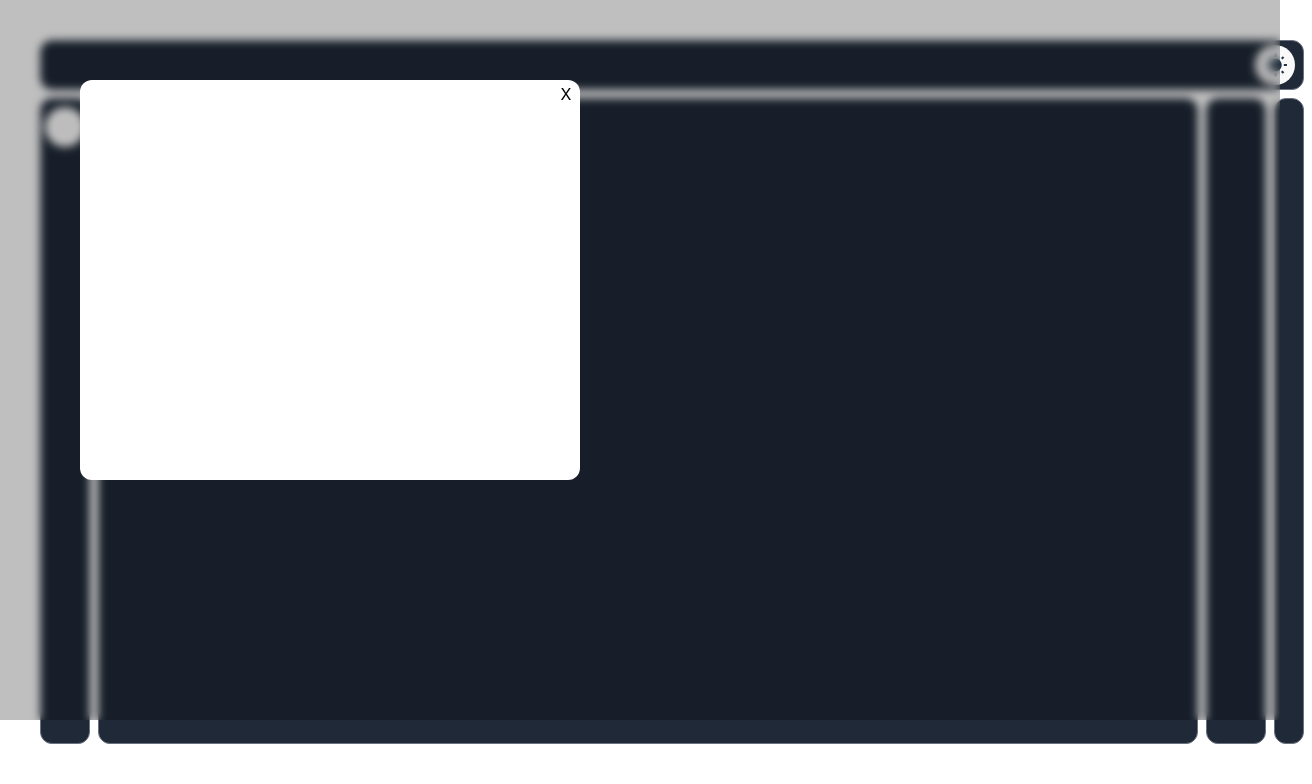
Repository: Wuiserous/Todo-App
Page: /, after clicking the first element matching `button.w-10`
These files come from the project's save history. The page is drawn as it stood at one moment and after the next save; the edit follows.
The browser window is 1280 px wide. The page is 1312 px wide, so the pictures cover 1312 px, including what lies to the right of the window. The pictures show the whole page.
The project was rebuilt for these pictures with package versions that can differ from the ones it lists, and the page was loaded fresh each time. Also part of the build but not shown: vite.config.js.

Above is the page before, as saved 2024-11-10 12:43:21.

After the next save:
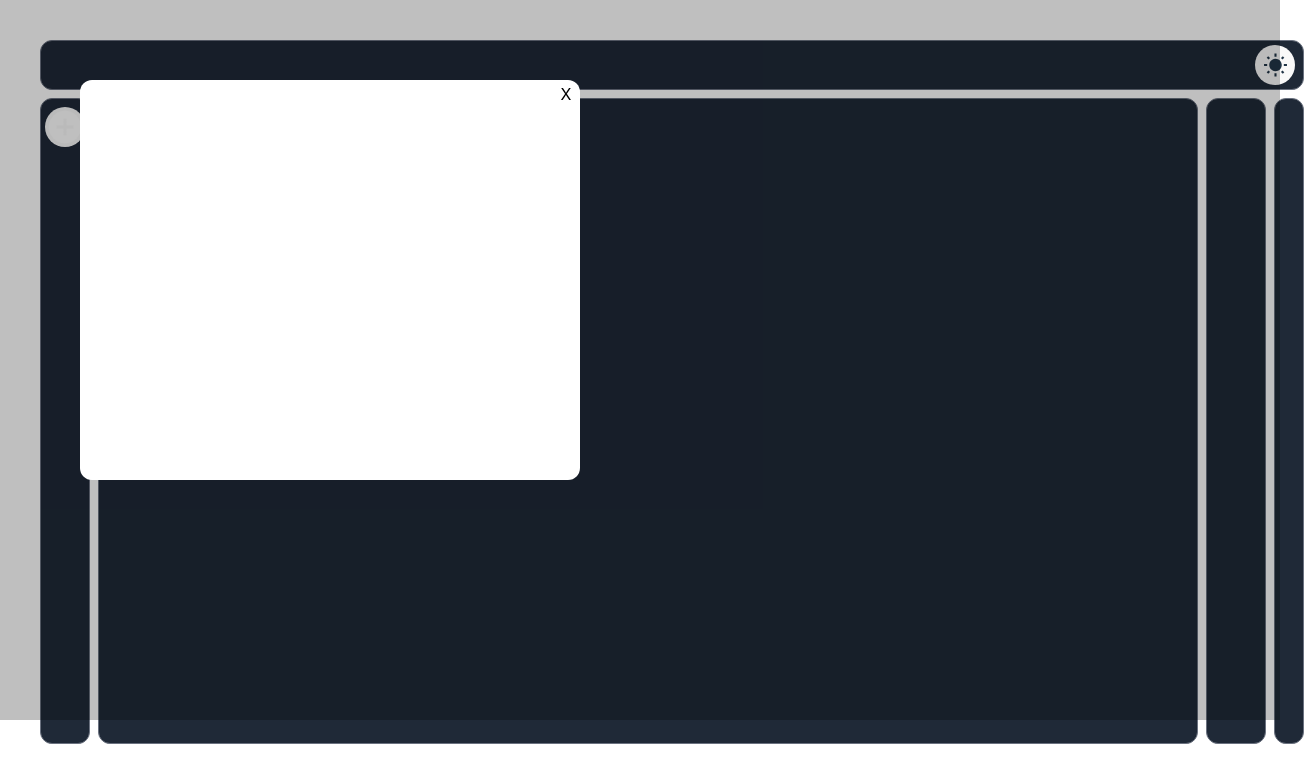
Saved 27 s later.
--- a/src/components/Modal.jsx
+++ b/src/components/Modal.jsx
@@ -21,7 +21,7 @@ export default function Modal(props) {
 
     return (
       <div
-        className="fixed inset-0 bg-black bg-opacity-25 backdrop-blur-sm"
+        className="fixed inset-0 bg-black bg-opacity-25"
         id="wrapper"
         onClick={hide}
       >
